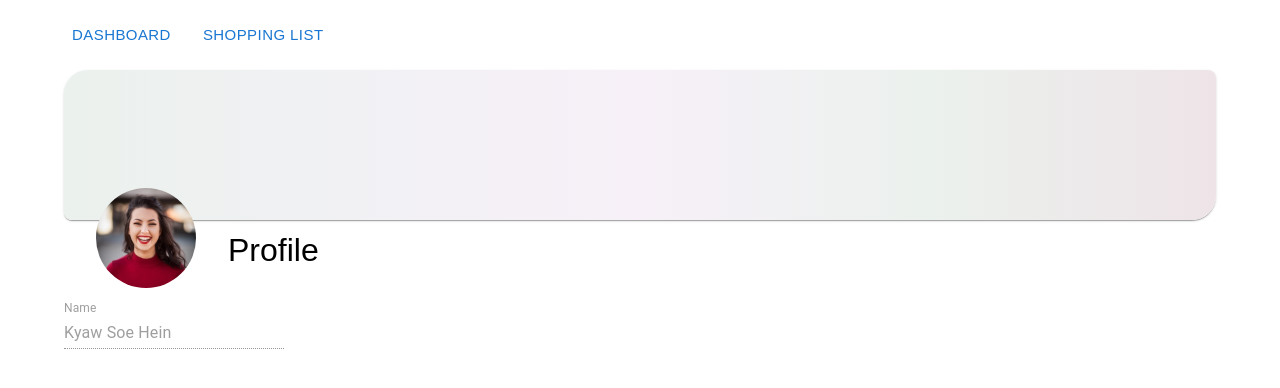
Repository: KyawSoeHein/GoogleAuthReact
Page: /
The author's editor kept a copy of each file at every save. The page is drawn from the files as they stood at one save, then again after the next save.
The browser window is 1280 px wide. The pictures show the whole page.
The project was rebuilt for these pictures with package versions that can differ from the ones it lists, and the page was loaded fresh each time.

Above is the page before, as saved 2022-02-14 20:18:02.

### src/index.tsx
import React from "react";
import ReactDOM from "react-dom";
import "./index.css";
import App from "./App";
import Dashboard from "./View/Dashboard";
import reportWebVitals from "./reportWebVitals";

ReactDOM.render(
  <React.StrictMode>
    <Dashboard />
  </React.StrictMode>,
  document.getElementById("root")
);

// If you want to start measuring performance in your app, pass a function
// to log results (for example: reportWebVitals(console.log))
// or send to an analytics endpoint. Learn more: https://bit.ly/CRA-vitals
reportWebVitals();

### src/View/Dashboard.tsx
import React from "react";
import { Container, Grid, Stack } from "@mui/material";
import MenuSelection from "../Components/MenuSelection";
import UserInfo from "../Components/UserInfo";
import CoverAndProfilePhoto from "../Components/CoverAndProfilePhoto";

const Dashboard = () => {
  return (
    <Grid>
      <Container>
        <div style={{ marginTop: 16 }}>
          <MenuSelection />
        </div>

        <div style={{ marginTop: 16 }}>
          <CoverAndProfilePhoto />
        </div>

        <div>
          <UserInfo />
        </div>
      </Container>
    </Grid>
  );
};

export default Dashboard;

### src/Components/MenuSelection.tsx
import React from "react";
import { Button, Stack } from "@mui/material";
import "../App.css";

const MenuSelection = () => {
  const buttonFontSize = 15;

  return (
    <Stack direction={"row"} spacing={2}>
      <Button sx={{ fontSize: buttonFontSize, fontFamily: "sans-serif" }}>
        Dashboard
      </Button>
      <Button sx={{ fontSize: buttonFontSize, fontFamily: "sans-serif" }}>
        Shopping List
      </Button>
    </Stack>
  );
};

export default MenuSelection;

### src/Components/UserInfo.tsx
import React from "react";
import { Button, Stack, TextField } from "@mui/material";
import "../App.css";

const UserInfo = () => {
  const buttonFontSize = 15;

  return (
    <Stack direction={"row"} spacing={2}>
      <TextField
        disabled
        id="standard-disabled"
        label="Name"
        defaultValue="Kyaw Soe Hein"
        variant="standard"
      />
    </Stack>
  );
};

export default UserInfo;

### src/Components/CoverAndProfilePhoto.tsx
import React from "react";
import { Avatar, Button, Paper, Stack } from "@mui/material";
import "../App.css";
import profile from "../images/profile.jpg";

const CoverAndProfilePhoto = () => {
  return (
    <div>
      <Paper
        elevation={1}
        sx={{
          height: 150,
          borderTopRightRadius: 8,
          borderTopLeftRadius: 24,
          borderBottomLeftRadius: 8,
          borderBottomRightRadius: 24,
          background:
            "linear-gradient(to right, rgb(235,241,237), rgb(241,241,244), rgb(247,240,248), rgb(235,241,237), rgb(238,228,232))",
        }}
      ></Paper>

      <div className="coverPhoto">
        <Avatar
          alt="Remy Sharp"
          src={profile}
          sx={{ width: 100, height: 100, marginTop: -4, marginLeft: 4 }}
        />
        <div style={{ marginLeft: 32, marginTop: -20 }}>
          <p className="profileTitle">Profile</p>
        </div>
      </div>
    </div>
  );
};

export default CoverAndProfilePhoto;

### src/App.css
.App {
  text-align: center;
}

.App-logo {
  height: 40vmin;
  pointer-events: none;
}

@media (prefers-reduced-motion: no-preference) {
  .App-logo {
    animation: App-logo-spin infinite 20s linear;
  }
}

.App-header {
  background-color: #282c34;
  min-height: 100vh;
  display: flex;
  flex-direction: column;
  align-items: center;
  justify-content: center;
  font-size: calc(10px + 2vmin);
  color: white;
}

.App-link {
  color: #61dafb;
}

@keyframes App-logo-spin {
  from {
    transform: rotate(0deg);
  }
  to {
    transform: rotate(360deg);
  }
}

.profileTitle {
  font-size: 32px;
  font-family: sans-serif;
  /* font-weight: bold; */
}

.coverPhoto {
  display: flex;
  flex-direction: row;
  flex: 1;
}

Loaded but not shown: public/index.html (common file); src/index.css (common file); src/reportWebVitals.ts (common file)

After the next save:
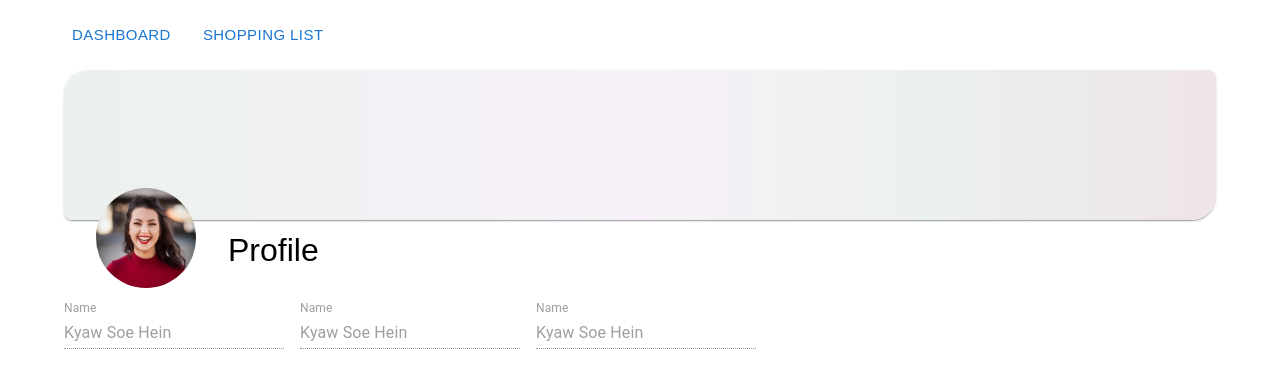
Saved 14 s later.
--- a/src/Components/UserInfo.tsx
+++ b/src/Components/UserInfo.tsx
@@ -14,6 +14,22 @@ const UserInfo = () => {
         defaultValue="Kyaw Soe Hein"
         variant="standard"
       />
+
+      <TextField
+        disabled
+        id="standard-disabled"
+        label="Name"
+        defaultValue="Kyaw Soe Hein"
+        variant="standard"
+      />
+
+      <TextField
+        disabled
+        id="standard-disabled"
+        label="Name"
+        defaultValue="Kyaw Soe Hein"
+        variant="standard"
+      />
     </Stack>
   );
 };
